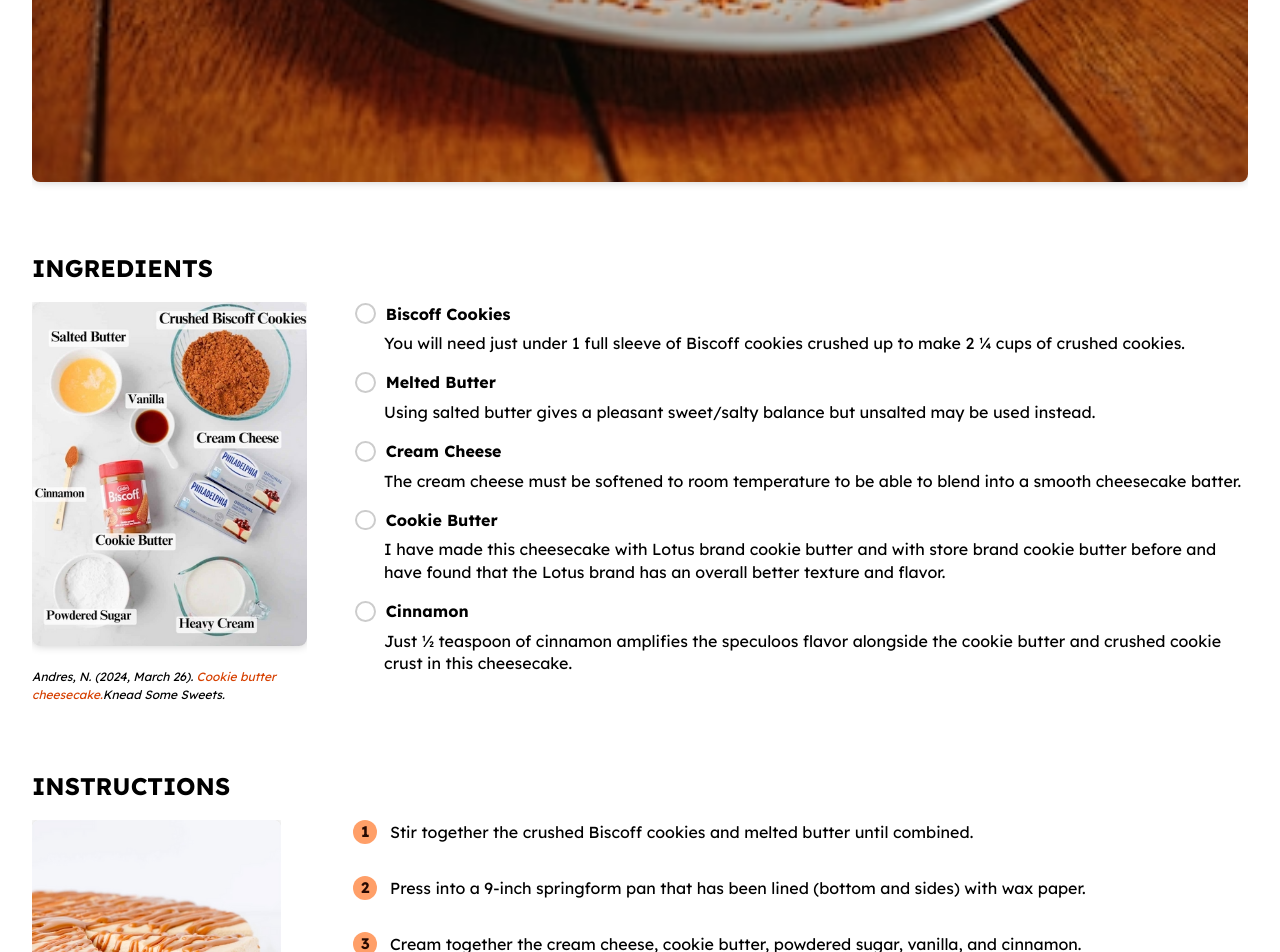
Repository: adiazrom/Eines-HTML-adiazrom
Page: src/pages/cheesecake-lotus.html
These files come from the project's save history. The page is drawn as it stood at one moment and after the next save; the edit follows.
The browser window is 1280 px wide. The pictures show the part of the page from y = 976 to 1928 px (the page is 3045 px tall before and 3053 px after).

Above is the page before, as saved 2025-05-31 01:37:53.

After the next save:
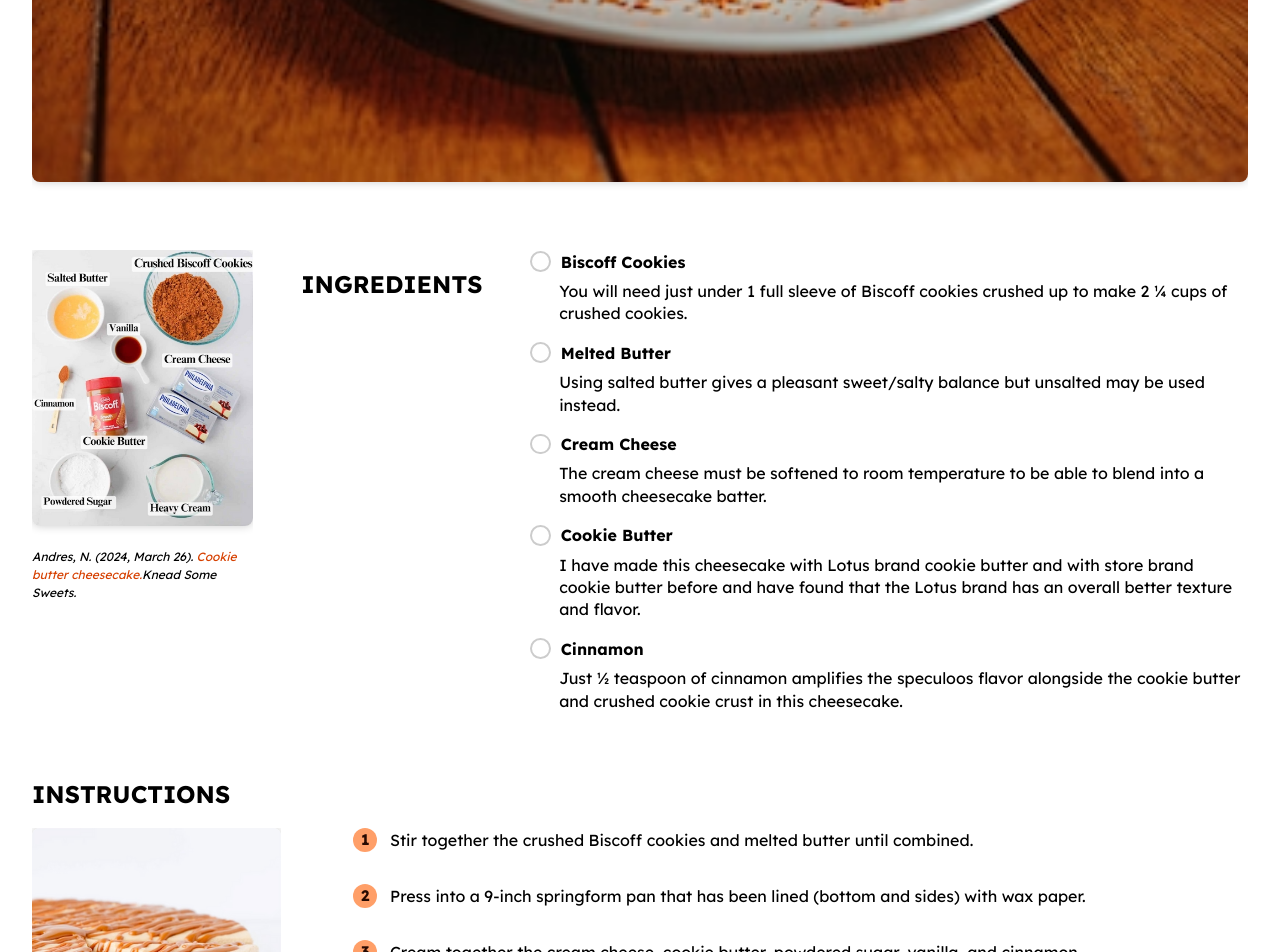
Saved 17 s later.
--- a/src/pages/cheesecake-lotus.html
+++ b/src/pages/cheesecake-lotus.html
@@ -72,7 +72,6 @@
       </figure>
 
       <section class="ingredients">
-         <header><h2>INGREDIENTS</h2></header>
       <div class="recipe-page-container">
 
          <figure class="recipe-page-img">
@@ -93,6 +92,7 @@
             </cite>
          </figure>
 
+                  <header><h2>INGREDIENTS</h2></header>
 
          <ul class="ingredients-list">
 
